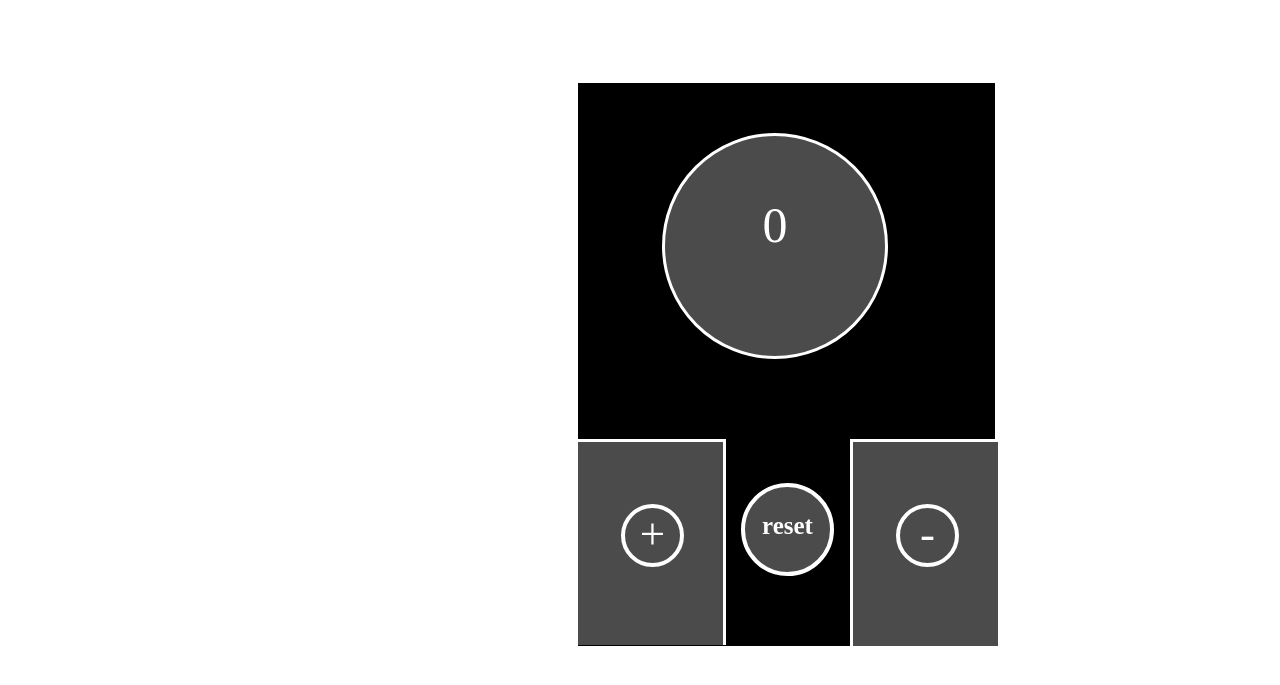
Repository: sara55m/Counter_App
Page: index.html
The author's editor kept a copy of each file at every save. The page is drawn from the files as they stood at one save, then again after the next save.
The browser window is 1280 px wide. The pictures show the whole page.

Above is the page before, as saved 2024-08-01 03:44:20.

After the next save:
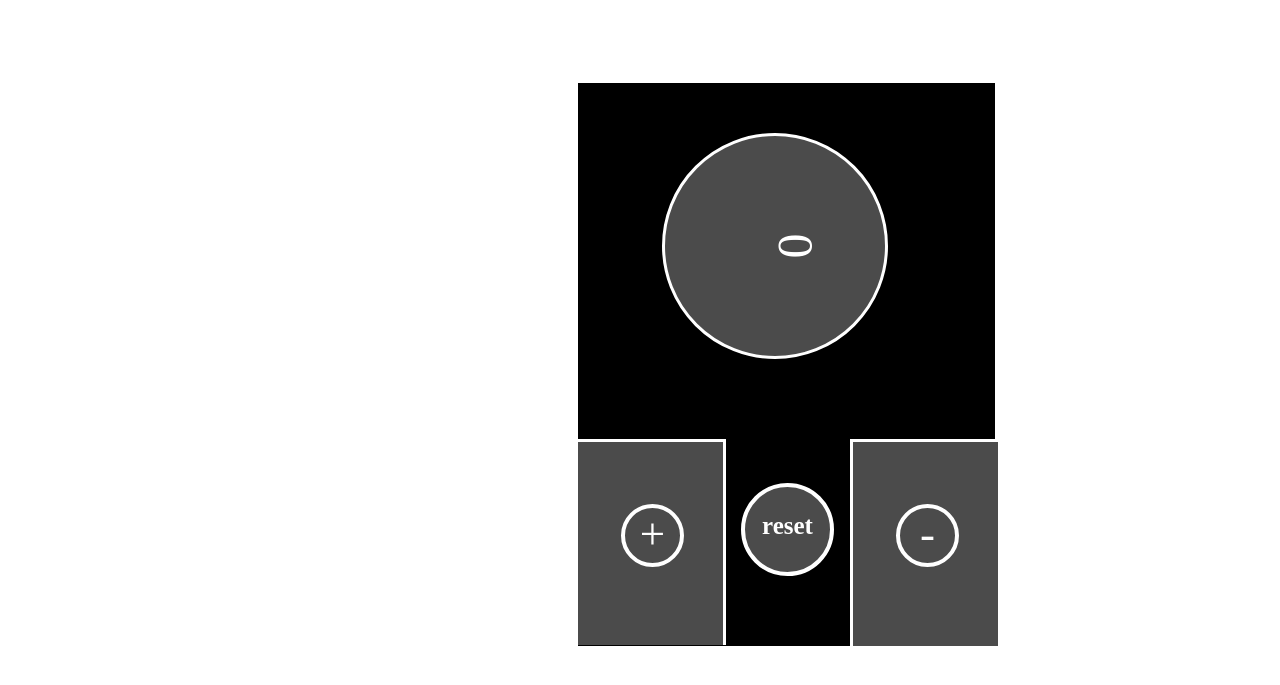
Saved 4 min 32 s later.
--- a/css/style.css
+++ b/css/style.css
@@ -20,6 +20,9 @@ p.one{
     width:200px;
     border:3px solid white;
     background-color:#4b4b4b;
+    transform: rotate(90deg);
+    transition: 1s linear all;
+    transform-origin: center;
 
     font-size: 50px;
     padding:10px;
